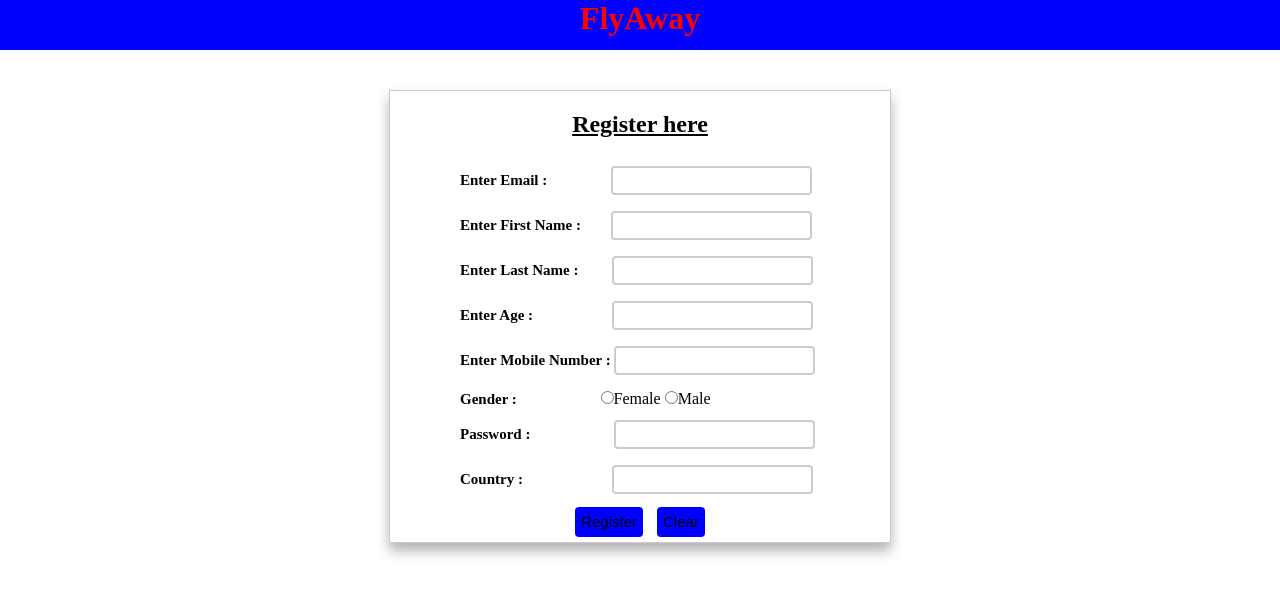
Repository: KartikMuchakandimath/Flyaway
Page: http://localhost/FlayAway/
These files come from the project's save history. The page is drawn as it stood at one moment and after the next save; the edit follows.
The browser window is 1280 px wide. The pictures show the whole page.
The page is served by Tomcat 9. Other server files are loaded and not shown.

Above is the page before, as saved 2022-04-22 19:45:46.

### FlayAway/src/main/webapp/Registration.jsp
<%@ page language="java" contentType="text/html; charset=ISO-8859-1"
    pageEncoding="ISO-8859-1"%>
<!DOCTYPE html>
<html>
<head>

<meta charset="ISO-8859-1">
<title>Register</title>
<style>
body{
margin : 0;
padding : 0;
}
.head{
background-color : #0000FF;
color : #FF0000;
height : 50px;
}
h1{
	margin: auto;
	font-family : "Times New Roman", Times, serif;
	text-align : center;
}
.register-box{
	margin :auto;
	margin-top : 40px;
	width : 500px;
	border : 1px solid #ccc;
	box-shadow : 0 8px 12px 0px rgba(0,0,0,0.3);
	positive : absolute;
}
label{
	font-weight : bold;
	padding-left: 70px ;
	font-size: 15px;

}
input{
	padding: 5px 10px;
  	margin: 8px 0;
  	display: inline-block;
  	border: 2px solid #ccc;
  	border-radius: 4px;
  	box-sizing: border-box;

}
button{
  	border-radius: 4px;
	border:none;
	height: 30px;
	display : inline-block;
	font-size : 15px;
	font-width : bold;
	background-color: rgb(0,0,255);
	margin : 5px;
}
</style>

</head>
<body>
<div class="head">
	<h1>FlyAway</h1>
</div>
<div class="register-box">
	<div>
	<h2><center><u>Register here</u></center></h2>
	</div>
	<div>
		<form action="Register" method="post">
			<label style="padding-right: 60px;">Enter Email : </label><input type="email" name="email" required="required"><br>
			<label style="padding-right: 30px;">Enter First Name :</label><input type="text" name="fname" required="required"><br>
			<label style="padding-right: 30px;">Enter Last Name : </label><input type="text" name="lname" required="required"><br>
			<label style="padding-right: 75px;">Enter Age : </label><input type="number" name="age" maxlength="2" required="required">	<br>
			<label>Enter Mobile Number : </label><input type="text" name="contact" maxlength="10" required="required"><br>
			<label style="padding-right: 80px;">Gender : </label><span><input type="radio" name="gender" value="female">Female
				    	<input type="radio" name="gender" value="Male">Male</span><br/>
		    <label style="padding-right: 80px;">Password : </label><input type="password" name="password"><br/>
			<label style="padding-right: 85px;">Country : </label><input type="text" name="country" required="required"><br>

			<center><button type="submit">Register</button>		    <button type="reset">Clear</button>	</center>

		</form>
	</div>
</div>
</body>
</html>

After the next save:
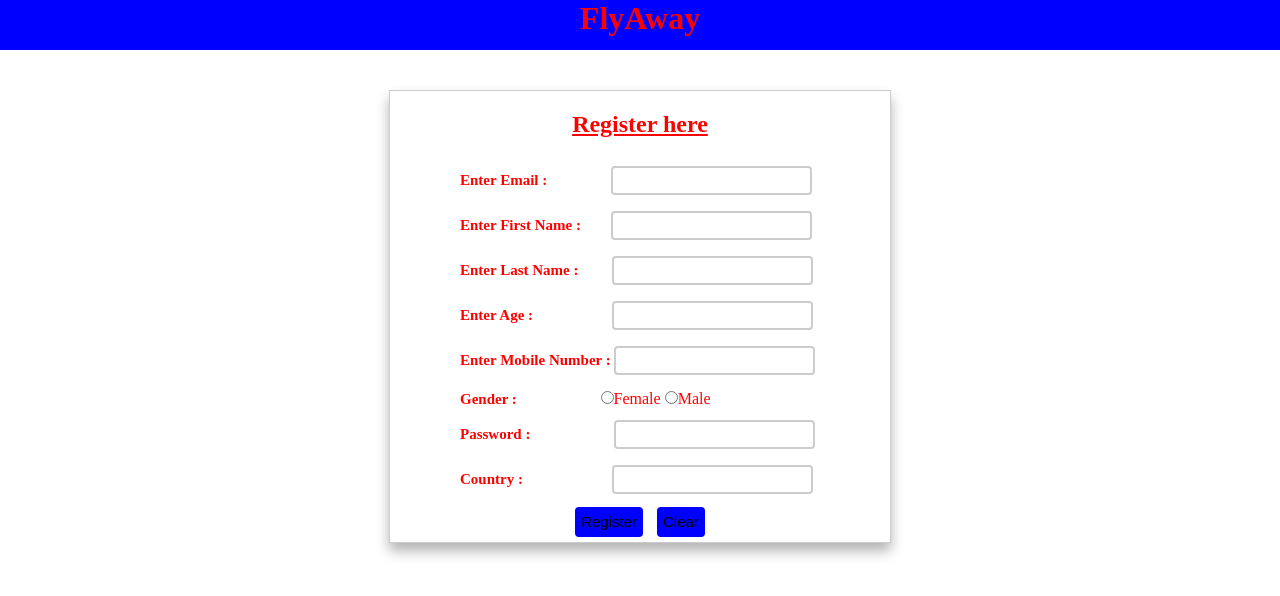
Saved 52 s later.
--- a/FlayAway/src/main/webapp/Registration.jsp
+++ b/FlayAway/src/main/webapp/Registration.jsp
@@ -24,6 +24,7 @@ h1{
 .register-box{
 	margin :auto;
 	margin-top : 40px;
+	color: #FF0000;
 	width : 500px;
 	border : 1px solid #ccc;
 	box-shadow : 0 8px 12px 0px rgba(0,0,0,0.3);
